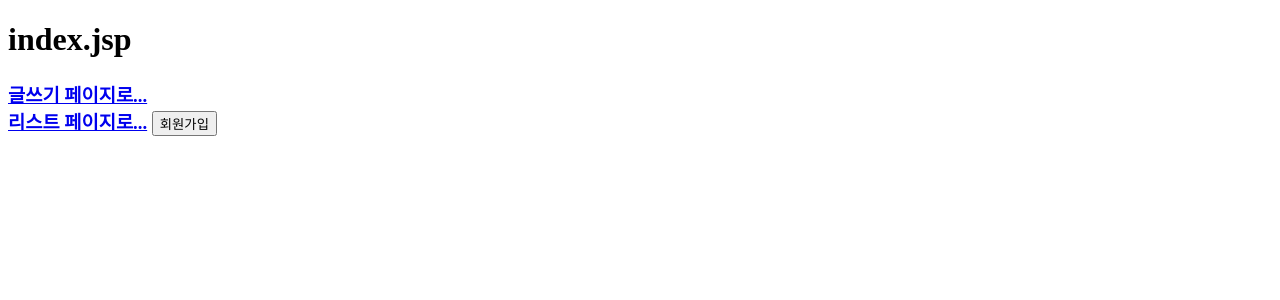
Repository: HaeunOh/study
Page: http://localhost/jsp_study/
The author's editor kept a copy of each file at every save. The page is drawn from the files as they stood at one save, then again after the next save.
The browser window is 1280 px wide. The pictures show the whole page.
The page is served by Tomcat 9. Other server files are loaded and not shown.

Above is the page before, as saved 2024-04-15 01:12:49.

### _jsp_workspace/jsp_study/src/main/webapp/index.jsp
<%@ page language="java" contentType="text/html; charset=UTF-8"
    pageEncoding="UTF-8"%>
<!DOCTYPE html>
<html>
<head>
<meta charset="UTF-8">
<title>Insert title here</title>
</head>
<body>
	<h1>index.jsp</h1>
	<h3>
		<a href="/brd/register">글쓰기 페이지로...</a> <br>
		<a href="/brd/list">리스트 페이지로...</a>
		<a> <button type="button">회원가입</button> </a>
	</h3>
</body>
</html>

After the next save:
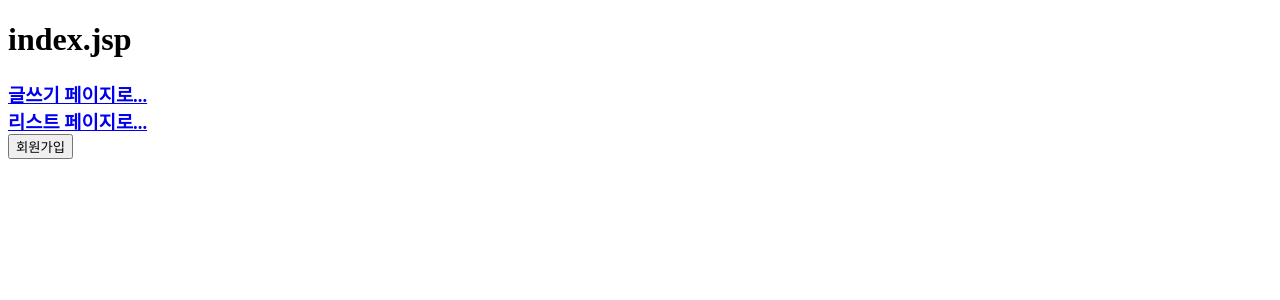
Saved 6 s later.
--- a/_jsp_workspace/jsp_study/src/main/webapp/index.jsp
+++ b/_jsp_workspace/jsp_study/src/main/webapp/index.jsp
@@ -10,7 +10,7 @@
 	<h1>index.jsp</h1>
 	<h3>
 		<a href="/brd/register">글쓰기 페이지로...</a> <br>
-		<a href="/brd/list">리스트 페이지로...</a>
+		<a href="/brd/list">리스트 페이지로...</a> <br>
 		<a> <button type="button">회원가입</button> </a>
 	</h3>
 </body>
